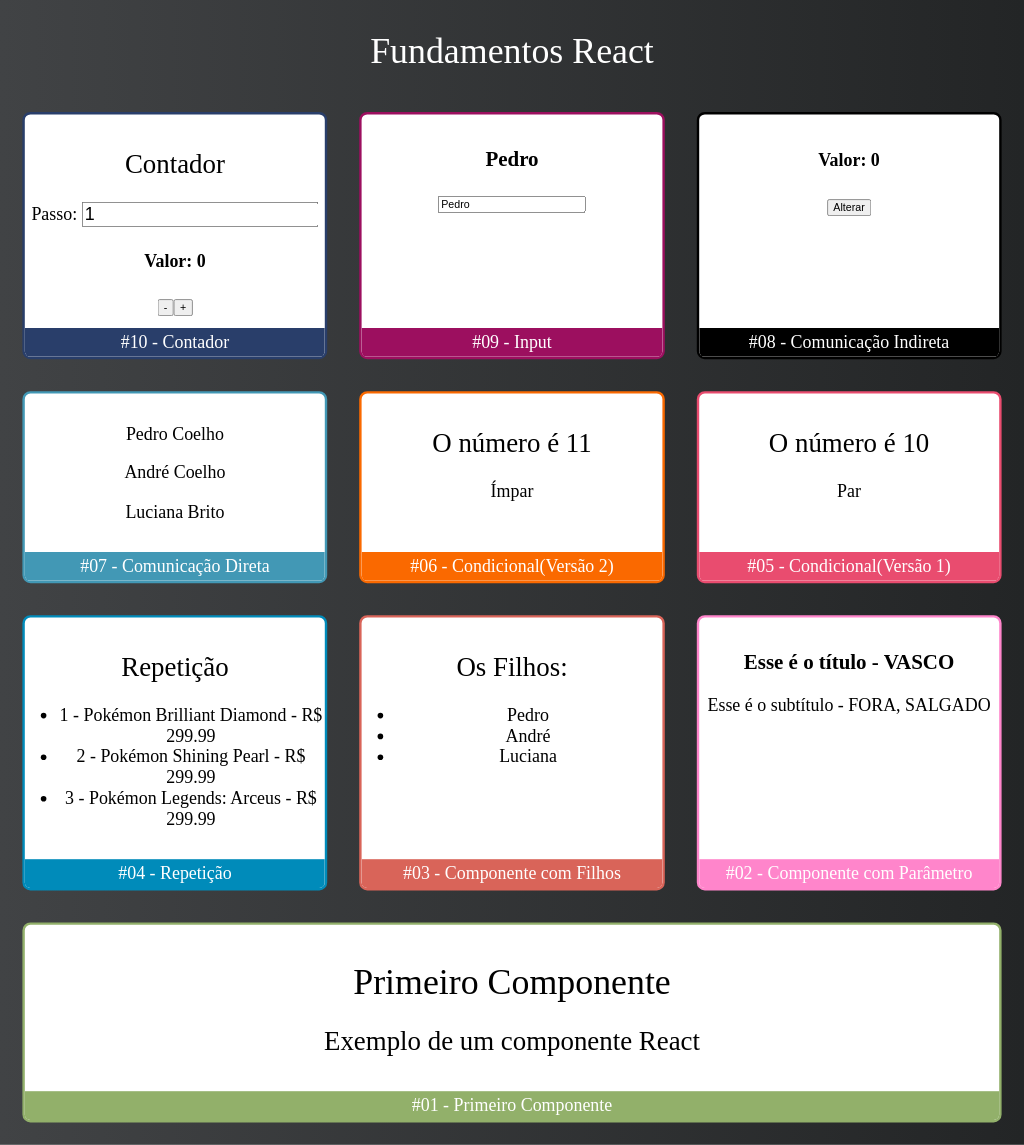
Repository: PedroHQCoelho/fundamentos-react
Page: /
The author's editor kept a copy of each file at every save. The page is drawn from the files as they stood at one save, then again after the next save.
The browser window is 1280 px wide. The pictures show the whole page, at 80% of full size.
The project was rebuilt for these pictures with package versions that can differ from the ones it lists, and the page was loaded fresh each time.

Above is the page before, as saved 2021-12-16 13:21:59.

### src/index.css
body {
    font-family:'Times New Roman', Times, serif;
    font-weight: 300;
    font-size: 1.4rem;
    background-color: #444;
    color: #fff;
    text-align: center;
    background: #232526;  /* fallback for old browsers */
    background: -webkit-linear-gradient(to right, #414345, #232526);  /* Chrome 10-25, Safari 5.1-6 */
    background: linear-gradient(to right, #414345, #232526); /* W3C, IE 10+/ Edge, Firefox 16+, Chrome 26+, Opera 12+, Safari 7+ */

}

h1, h2 {
    font-weight: 300;
}

### src/App.jsx
import './App.css'
import React from 'react'

import Primeiro from './components/basicos/Primeiro'
import ComParametro from './components/basicos/ComParametro'
import ComFilhos from './components/basicos/ComFilhos'
import Card from './components/layout/Card'
import Repeticao from './components/basicos/Repeticao'
import Condicional from './components/basicos/Condicional'
import CondicionalComIf from './components/basicos/CondicionalComIf'
import Pai from './components/comunicacao/direta/Pai'
import Super from './components/comunicacao/indireta/Super'
import Input from './components/form/Input'
import Contador from './components/contador/Contador'

export default (props) =>(
    <div className="App">
        <h1>Fundamentos React</h1>
        <div className="Cards">
        <Card titulo="#10 - Contador" color="#293E6A">
            <Contador />
        </Card>
        <Card titulo="#09 - Input" color="#9C0F5F">
            <Input/>
        </Card>
        <Card titulo="#08 - Comunicação Indireta">
            <Super/>
        </Card>
        <Card titulo="#07 - Comunicação Direta" color="#4298B5">
            <Pai sobrenome="Coelho"/>
        </Card>
        <Card titulo="#06 - Condicional(Versão 2)" color="#FA6900">
            <CondicionalComIf numero={11} />
        </Card>
        <Card titulo="#05 - Condicional(Versão 1)" color="#E94C6F">
            <Condicional numero={10} />
        </Card>
        <Card titulo="#04 - Repetição" color="#008BBA">
            <Repeticao />
        </Card>
        <Card titulo="#03 - Componente com Filhos" color="#D96459">
            <ComFilhos>
            <ul>
                <li>Pedro</li>
                <li>André</li>
                <li>Luciana</li>
            </ul>
            </ComFilhos>
        </Card>
        <Card titulo="#02 - Componente com Parâmetro" color="#FF85CB">
            <ComParametro titulo="Esse é o título - VASCO"
            subtitulo="Esse é o subtítulo - FORA, SALGADO" />
        </Card>
        <Card titulo="#01 - Primeiro Componente" color="#92B06A">
            <Primeiro />
        </Card>
    </div>
    </div>
    )

### src/App.css
.App {
    display: flex;
    flex-direction: column;
}

.Cards {
    display: flex;
    flex-wrap: wrap;
}

### src/components/basicos/Primeiro.jsx
import React from 'react'

export default () =>
    (
        <div>
            <h1>Primeiro Componente</h1>
            <h2>Exemplo de um componente React</h2>
        </div>
    )

### src/components/basicos/ComParametro.jsx
import React from 'react'

export default props =>
    <>
        <h3>{props.titulo}</h3>
        <p>{props.subtitulo}</p>
    </>

### src/components/basicos/ComFilhos.jsx
import React from 'react'

export default props =>
    <div>
        <h2>Os Filhos:</h2>
        <div>
            {props.children}
        </div>
    </div>

### src/components/layout/Card.jsx
import React from 'react'
import './Card.css'

export default props =>
    <div className="Card" style={{borderColor: props.color || '#000'}}>
        <div className="Content">
            {props.children}
        </div>
        <div className="Footer" style={{backgroundColor: props.color || '#000'}}>
            {props.titulo}
        </div>
    </div>

### src/components/basicos/Repeticao.jsx
import React from 'react'

import produtos from '../../data/produtos'

export default props => {

    function getProdutosListItem(){
        return produtos.map(prod => {
            return <li key={prod.id}>
                {prod.id} - {prod.nome} - R$ {prod.preco}
                </li>
        })
    }

    return (
        <div>
            <h2>Repetição</h2>
            <ul>
                {getProdutosListItem()}
            </ul>
        </div>
    )
}

### src/components/basicos/Condicional.jsx
import React from 'react'

export default props => {

    return (
        <div>
            <h2>O número é {props.numero}</h2>
            { props.numero % 2 === 0 ?
                <span>Par</span>
                : <span>Ímpar</span>
            }
        </div>
    )
}

### src/components/basicos/CondicionalComIf.jsx
import React from 'react'
import If from './If'

export default props => {

    return (
        <div>
            <h2>O número é {props.numero}</h2>
            <If test={props.numero % 2 === 0}>
            <span>Par</span>
            </If>
            <If test={props.numero % 2 === 1}>
            <span>Ímpar</span>
            </If>
        </div>
    )
}

### src/components/comunicacao/direta/Pai.jsx
import React from 'react'
import Filho from './Filho'

export default props =>
    <div>
        <Filho {...props}>Pedro</Filho>
        <Filho sobrenome={props.sobrenome}>André</Filho>
        <Filho sobrenome="Brito">Luciana</Filho>
    </div>

### src/components/comunicacao/indireta/Super.jsx
import React, { useState } from 'react'
import Sub from './Sub'

export default (props) =>{

    const [texto, setTexto] = useState('Valor')
    const [num, setNum] = useState(0)

    function quandoClicar(valorGerado, texto){
        setNum(valorGerado)
        setTexto(texto)
    }

    return(
    <div>
        <h4>{texto}: {num}</h4>
        <Sub onClicar={quandoClicar}></Sub>
    </div>
    );
    };

### src/components/form/Input.jsx
import React, { useState } from 'react'

export default (props) =>{
    const [nome, setNome] = useState('Pedro')
    return (
    <>
        <h3>{nome}</h3>
        <input type="text" value={nome}
        onChange={e => setNome(e.target.value)} />
    </>
    );
};

### src/components/contador/Contador.jsx
import React, { Component } from "react";

export default class Contador extends Component {

    state = {
            passo: this.props.passo || 1,
            valor: this.props.valor || 0
        }

        inc = () => {
            this.setState({
                valor: this.state.valor + this.state.passo
            })
        }

        dec = () => {
            this.setState({
                valor: this.state.valor - this.state.passo
            })
        }

    render(){
        return(
            <div>
                <h2>Contador</h2>
                <div>
                    <label for="passoInput">Passo: </label>
                    <input id="passoInput" type="number" style={{fontSize: '1.4rem'}}
                        value={this.state.passo}
                        onChange={e => this.setState({ passo: +e.target.value })}/>
                </div>
                <h4>Valor: {this.state.valor}</h4>

                <div>
                    <button onClick={this.dec}>-</button>
                    <button onClick={this.inc}>+</button>
                </div>
            </div>
        )
    }
}

### src/components/layout/Card.css
.Card {
    flex: 1;
    margin: 20px;
    border: 3px solid #000;
    border-radius: 10px;
    overflow: hidden;
    background-color: #fff;
    display: flex;
    flex-direction: column;
    min-width: 300px;
}

.Card .Content {
    flex: 1;
    color: #000;
    padding: 15px 0px;
}

.Card .Footer {
    background-color: #000;
    color: #fff;
    padding: 5px 0px;
}

### src/data/produtos.js
export default [
    {id: 1, nome: 'Pokémon Brilliant Diamond', preco: 299.99},
    {id: 2, nome: 'Pokémon Shining Pearl', preco: 299.99},
    {id: 3, nome: 'Pokémon Legends: Arceus', preco: 299.99},
]

### src/components/basicos/If.jsx

export default function (props) {
    if (props.test) {
        return props.children
    } else {
        return false
    }
}

### src/components/comunicacao/direta/Filho.jsx
import React from 'react'

export default props =>
    <div>
        <p>{props.children} {props.sobrenome}</p>
    </div>

### src/components/comunicacao/indireta/Sub.jsx
import React from 'react'

export default props => {
    function acao(){
        props.onClicar(Math.random(), 'Valor Gerado')
    }

    return (
    <div>
        <button onClick={acao}>Alterar</button>
    </div>
    );
};

Loaded but not shown: public/index.html (common file); src/index.js (common file)

After the next save:
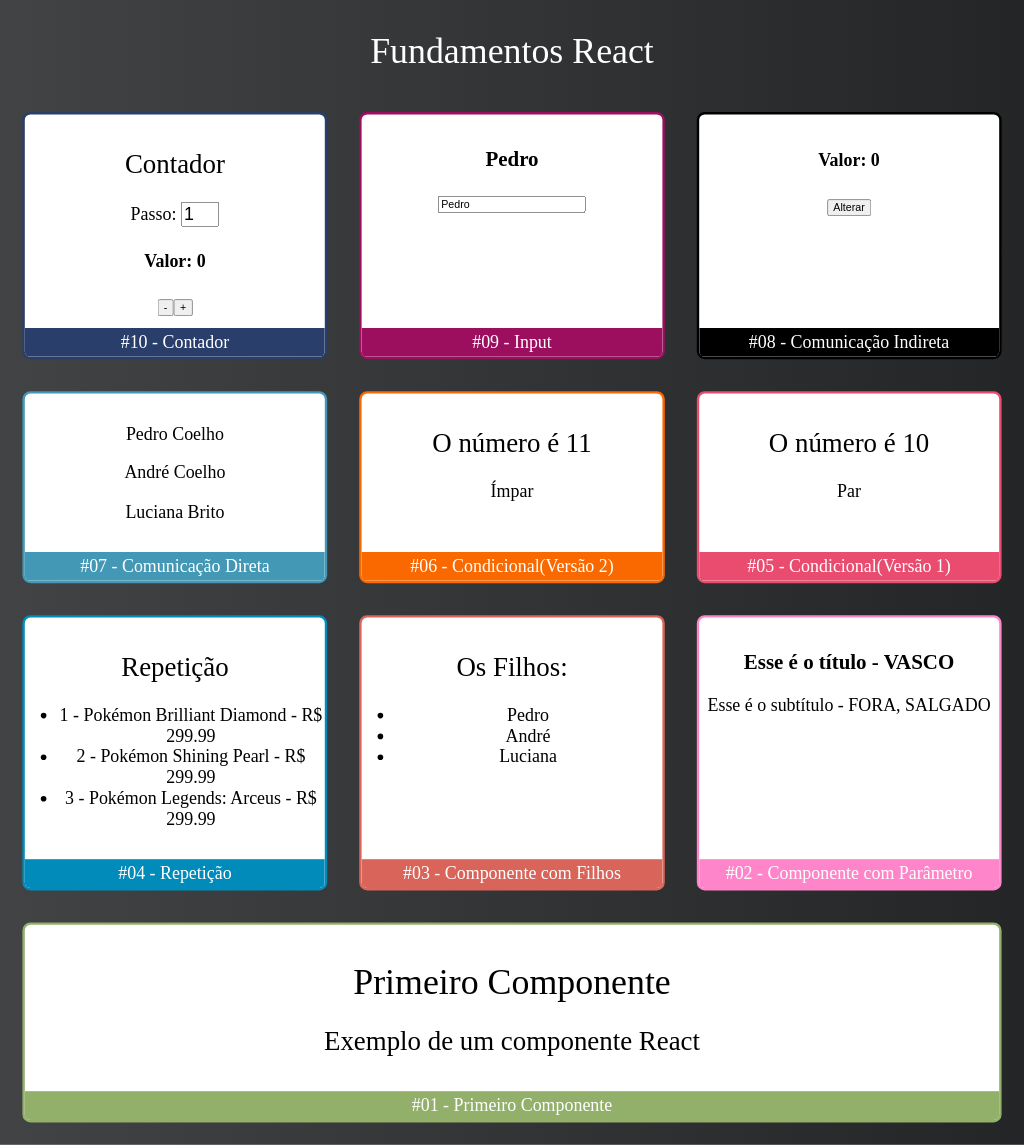
Saved 69 s later.
--- a/src/components/contador/Contador.jsx
+++ b/src/components/contador/Contador.jsx
@@ -25,7 +25,7 @@ export default class Contador extends Component {
                 <h2>Contador</h2>
                 <div>
                     <label for="passoInput">Passo: </label>
-                    <input id="passoInput" type="number" style={{fontSize: '1.4rem'}}
+                    <input id="passoInput" type="number" style={{fontSize: '1.4rem', width: '40px'}}
                         value={this.state.passo}
                         onChange={e => this.setState({ passo: +e.target.value })}/>
                 </div>
